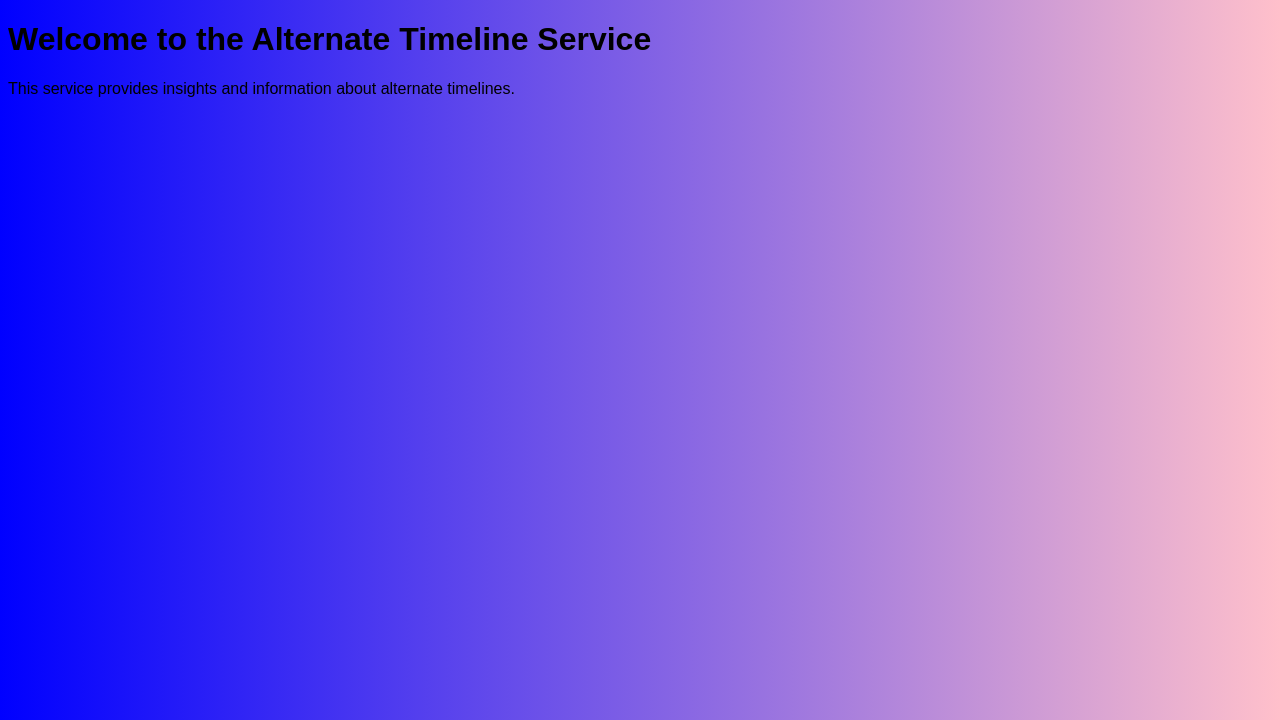
Repository: JovKun/DecisionCraft
Page: service/index.html
These files come from the project's save history. The page is drawn as it stood at one moment and after a run of saves; the edit follows.
The browser window is 1280 px wide. The pictures show the whole page.

Above is the page before, as saved 2026-01-31 12:36:01.

### service/index.html
<!DOCTYPE html>
<html lang="en">
<head>
    <meta charset="UTF-8">
    <meta name="viewport" content="width=device-width, initial-scale=1.0">
    <title>Alternate Timeline</title>
    <link rel="stylesheet" href="style.css">
</head>
<body>
    <h1>Welcome to the Alternate Timeline Service</h1>
    <p>This service provides insights and information about alternate timelines.</p>
</body>
</html>

### service/style.css
/* style.css */
html {
    background: linear-gradient(to right, blue, pink);
    height: 100%;
    margin: 0;
    font-family: Arial, sans-serif;
}

After the next 2 saves:
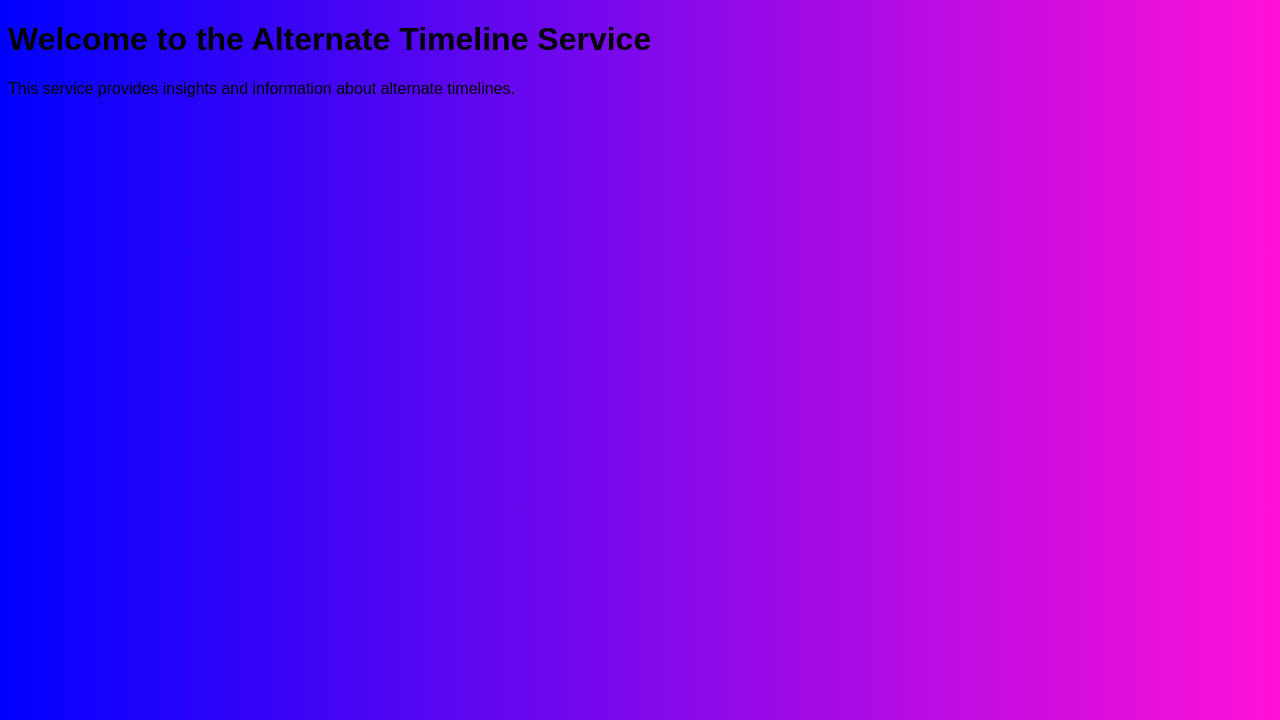
The 2 saves are shown as one change because they came seconds apart.
The last was saved 16 s later.
--- a/service/style.css
+++ b/service/style.css
@@ -1,6 +1,6 @@
 /* style.css */
 html {
-    background: linear-gradient(to right, blue, pink);
+    background: linear-gradient(to right, blue, rgb(255, 17, 215));
     height: 100%;
     margin: 0;
     font-family: Arial, sans-serif;
